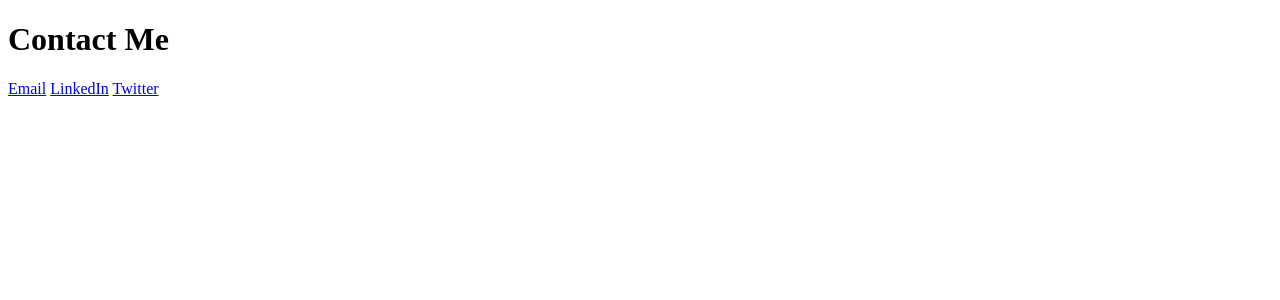
Repository: tokyopdm/tokyopdm.github.io
Page: pages/contact.html
The author's editor kept a record of every edit. The page is drawn from the files as they stood at one moment, then again after the next edit.
The browser window is 1280 px wide. The pictures show the whole page.

Above is the page before.

After the next edit:
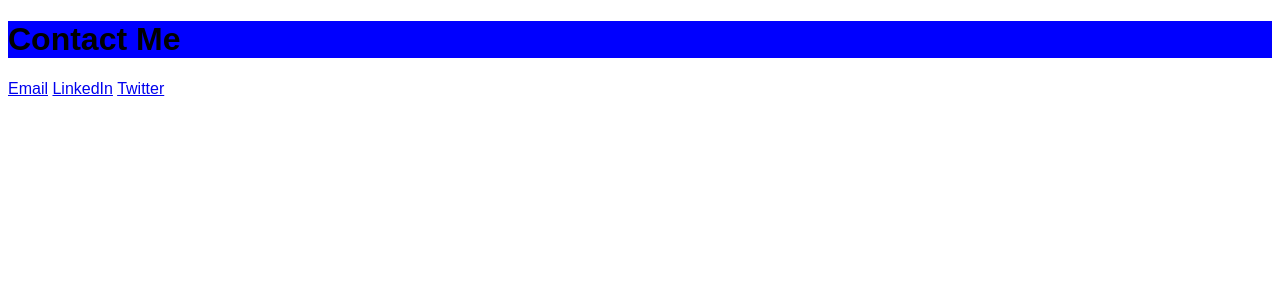
The edit:
--- a/pages/contact.html
+++ b/pages/contact.html
@@ -1,7 +1,11 @@
 <!DOCTYPE html>
 <html>
     <head>
-
+        <title>Christine Bagarino | Contact Me</title>
+        <meta charset="utf-8">
+        <meta name="viewport" content="width=device-width">
+        <meta name="description" content="This is a personal website built for Product School by Christine Bagarino">
+        <link rel="stylesheet" href="../style.css" type="text/css" />
     </head>
     <body>
         <div>
